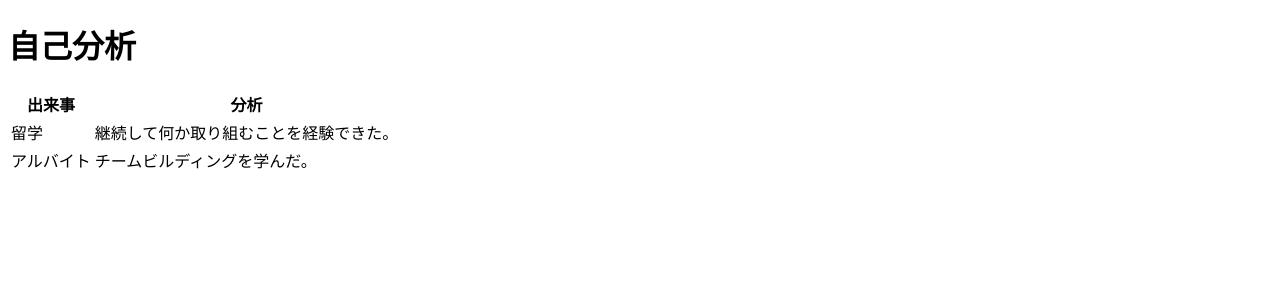
Repository: boo00kazoo/MyBlog
Page: analysis.html
The author's editor kept a record of every edit. The page is drawn from the files as they stood at one moment, then again after the next edit.
The browser window is 1280 px wide. The pictures show the whole page.

Above is the page before.

After the next edit:
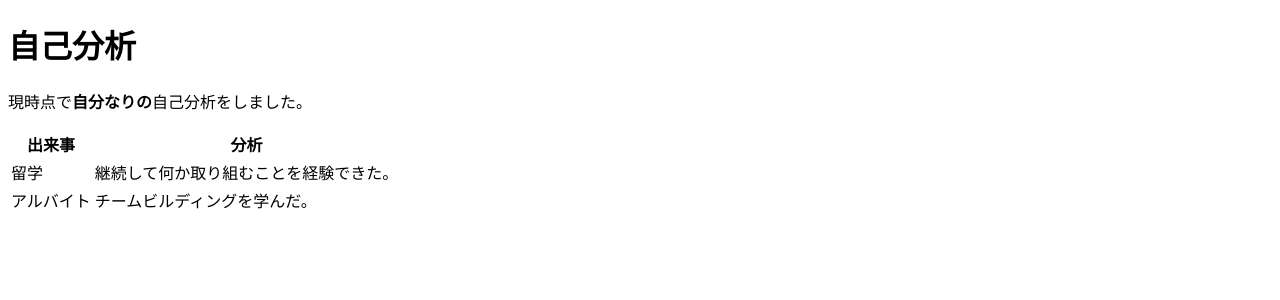
The edit:
--- a/analysis.html
+++ b/analysis.html
@@ -6,6 +6,7 @@
 </head>
 <body>
 <h1>自己分析</h1>
+<p>現時点で<strong>自分なりの</strong>自己分析をしました。</p>
 
 <table>
  <tr>
